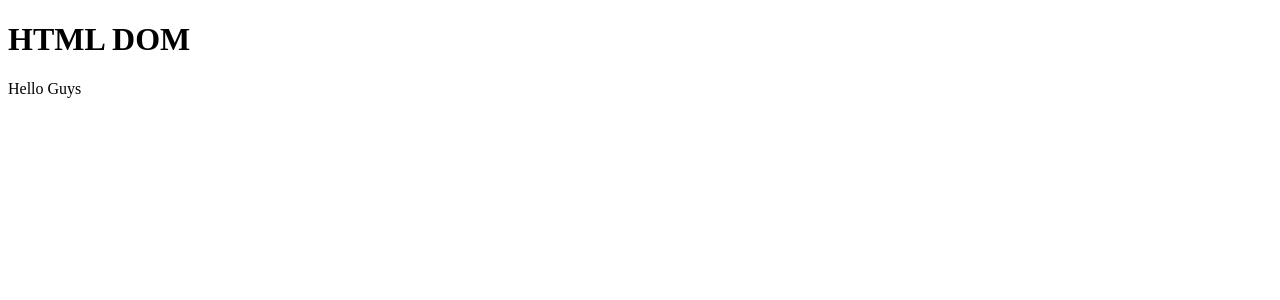
Repository: lt-chinh098406/MusicPlayer
Page: index.html
The author's editor kept a copy of each file at every save. The page is drawn from the files as they stood at one save, then again after the next save.
The browser window is 1280 px wide. The pictures show the whole page.

Above is the page before, as saved 2021-11-06 15:37:38.

### index.html
<!DOCTYPE html>
<html lang="en">
<head>
  <meta charset="UTF-8">
  <meta http-equiv="X-UA-Compatible" content="IE=edge">
  <meta name="viewport" content="width=device-width, initial-scale=1.0">
  <title>HTML DOM</title>
</head>
<body>
  <h1 id="heading">HTML DOM</h1>
</body>
<script src="main.js"></script>
</html>

### main.js
document.write('Hello Guys')

After the next save:
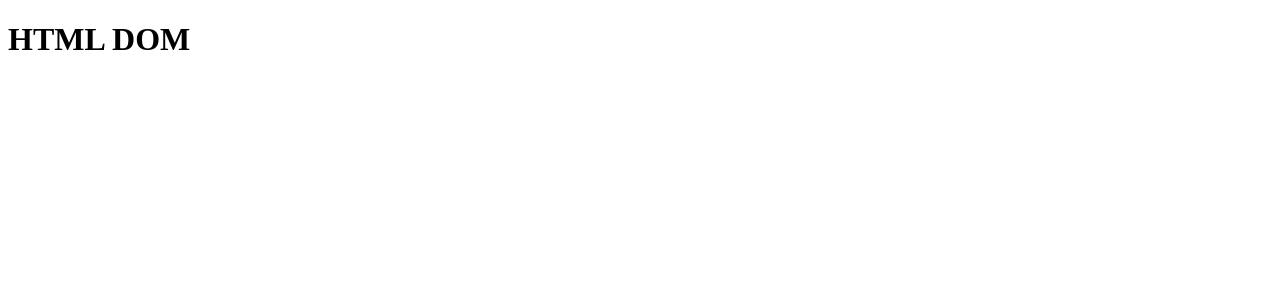
Saved 66 s later.
--- a/main.js
+++ b/main.js
@@ -1 +1 @@
-document.write('Hello Guys')
+var headingNode = document.getElementById('heading')
